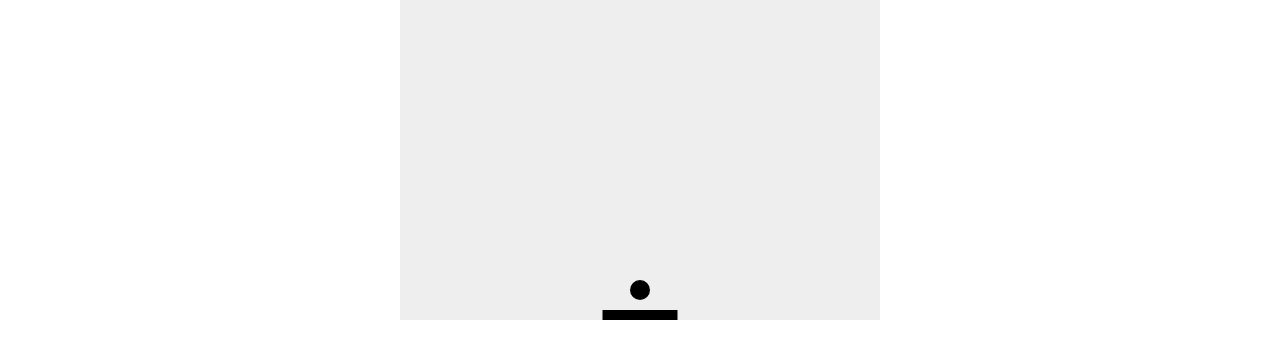
Repository: GoodHoneyCake/2D_breakout_game
Page: index.html
These files come from the project's save history. The page is drawn as it stood at one moment and after the next save; the edit follows.
The browser window is 1280 px wide. The pictures show the whole page.

Above is the page before, as saved 2020-12-28 17:04:33.
Console error: ReferenceError: bricks is not defined

### index.html
<!DOCTYPE html>
<html lang="en">
<head>
    <meta charset="UTF-8">
    <meta name="viewport" content="width=device-width, initial-scale=1.0">
    <title>Gamedev Canvas Workshop</title>
    <link rel="stylesheet" href="styles.css">
    <script src="main.js" defer></script>
</head>
<body>
    <canvas id="myCanvas" width="480" height="320"></canvas>
</body>
</html>

### styles.css
* {
  padding: 0;
  margin: 0;
}
canvas {
  background: #eee;
  display: block;
  margin: 0 auto;
}

### main.js
const canvas = document.getElementById("myCanvas");
const ctx = canvas.getContext("2d");

let x = canvas.width / 2;
let y = canvas.height - 30;

let dx = 2;
let dy = -2;

let ballRadius = 10;

let paddleHeight = 10;
let paddleWidth = 75;
let paddleX = (canvas.width - paddleWidth) / 2;

let rightPressed = false;
let leftPressed = false;

let brickRowCount = 3;
let brickColumnCount = 5;
let brickWidth = 75;
let brickHeight = 20;
let brickPadding = 10;
let brickOffsetTop = 30;
let brickOffsetLeft = 30;

// let bricks = [];
// for (let c = 0; c < brickColumnCount; c++) {
//   bricks[c] = [];
//   for (let r = 0; r < brickRowCount; r++) {
//     bricks[c][r] = { x: 0, y: 0 };
//   }
// }

function drawBricks() {
  for (let c = 0; c < brickColumnCount; c++) {
    for (let r = 0; r < brickRowCount; r++) {
      bricks[c][r].x = 0;
      bricks[c][r].y = 0;
      ctx.beginPath();
      ctx.rect(0, 0, brickWidth, brickHeight);
      ctx.fillStyle = "#0095DD";
      ctx.fill();
      ctx.closePath();
    }
  }
}

function randomColorStyle() {
  // H(Hue)S(Saturation)L(Lightness)
  // This will create a random color with same saturation and light intensity (luminance).
  // https://stackoverflow.com/questions/23861481/randomize-rgb-in-html5-canvas-with-a-new-value-for-each-fillrect-using-javascrip
  ctx.fillStyle = "hsl(" + 360 * Math.random() + ", 50%, 50%)";
}

document.addEventListener("keydown", keyDownHandler, false);
document.addEventListener("keyup", keyUpHandler, false);

function keyDownHandler(event) {
  if (event.keyCode == 39) {
    rightPressed = true;
  } else if (event.keyCode == 37) {
    leftPressed = true;
  }
}

function keyUpHandler(event) {
  if (event.keyCode == 39) {
    rightPressed = false;
  } else if (event.keyCode == 37) {
    leftPressed = false;
  }
}

function drawBall() {
  ctx.beginPath();
  ctx.arc(x, y, ballRadius, 0, Math.PI * 2);
  ctx.fillstyle = "#0095DD";
  ctx.fill();
  ctx.closePath();
}

function drawPaddle() {
  ctx.beginPath();
  ctx.rect(paddleX, canvas.height - paddleHeight, paddleWidth, paddleHeight);
  ctx.fillstyle = "#0095DD";
  ctx.fill();
  ctx.closePath();
}

function draw() {
  ctx.clearRect(0, 0, canvas.width, canvas.height);
  drawBall();
  drawPaddle();
  drawBricks();
  x += dx;
  y += dy;

  // bottom edge || top edge
  if (y + dy < ballRadius) {
    dy = -dy;
    randomColorStyle();
  } else if (y + dy > canvas.height - ballRadius) {
    if (x > paddleX && x < paddleX + paddleWidth) {
      dy = -dy;
    } else {
      alert("GAME OVER");
      document.location.reload();
    }
  }
  // right edge || left edge
  if (x + dx > canvas.width - ballRadius || x + dx < ballRadius) {
    dx = -dx;

    randomColorStyle();
  }

  if (rightPressed && paddleX < canvas.width - paddleWidth) {
    paddleX += 7; // pixel
  } else if (leftPressed && paddleX > 0) {
    paddleX -= 7;
  }
}

setInterval(draw, 10);

After the next save:
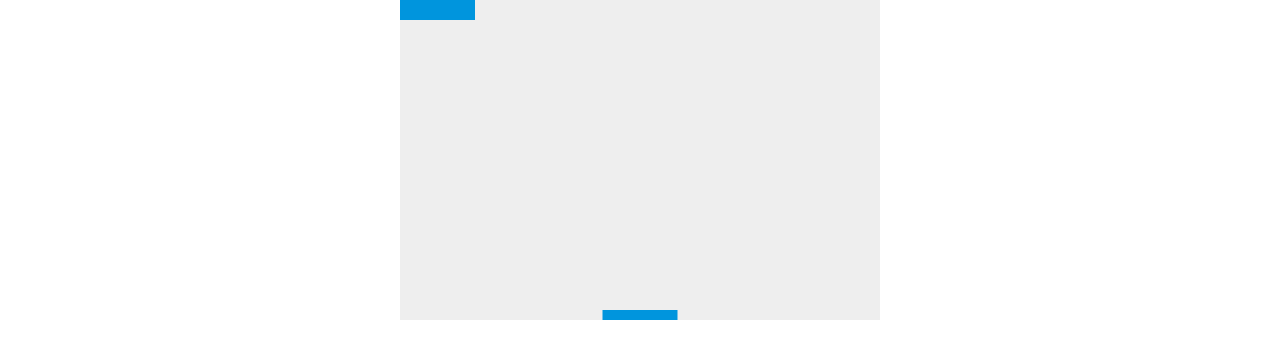
The error is gone.
Saved 12 s later.
--- a/main.js
+++ b/main.js
@@ -24,13 +24,13 @@
 let brickOffsetTop = 30;
 let brickOffsetLeft = 30;
 
-// let bricks = [];
-// for (let c = 0; c < brickColumnCount; c++) {
-//   bricks[c] = [];
-//   for (let r = 0; r < brickRowCount; r++) {
-//     bricks[c][r] = { x: 0, y: 0 };
-//   }
-// }
+let bricks = [];
+for (let c = 0; c < brickColumnCount; c++) {
+  bricks[c] = [];
+  for (let r = 0; r < brickRowCount; r++) {
+    bricks[c][r] = { x: 0, y: 0 };
+  }
+}
 
 function drawBricks() {
   for (let c = 0; c < brickColumnCount; c++) {
